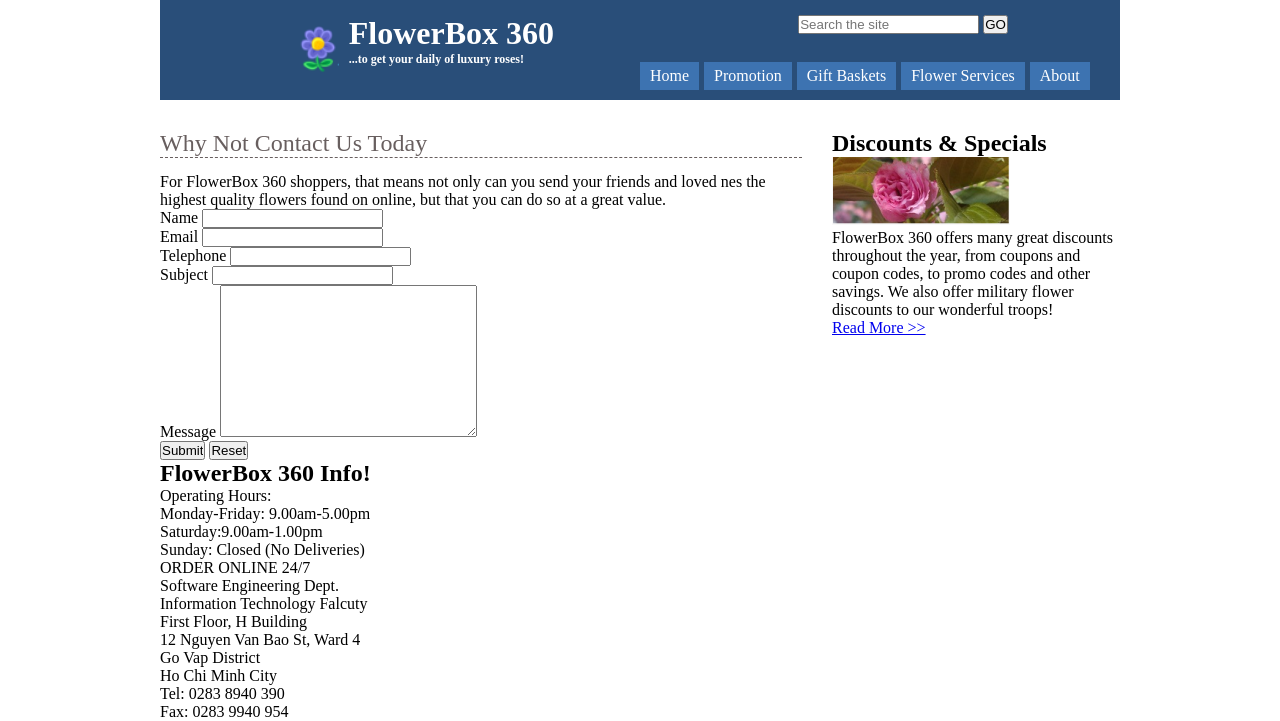
Repository: hoangnguyen1903/STT_21084321_NguyenHuyHoang_DHKHMT17B_Tuan4_DeThamKhao3
Page: html/demo.html
These files come from the project's save history. The page is drawn as it stood at one moment and after the next save; the edit follows.
The browser window is 1280 px wide. The pictures show the whole page.

Above is the page before, as saved 2023-03-09 14:48:52.

After the next save:
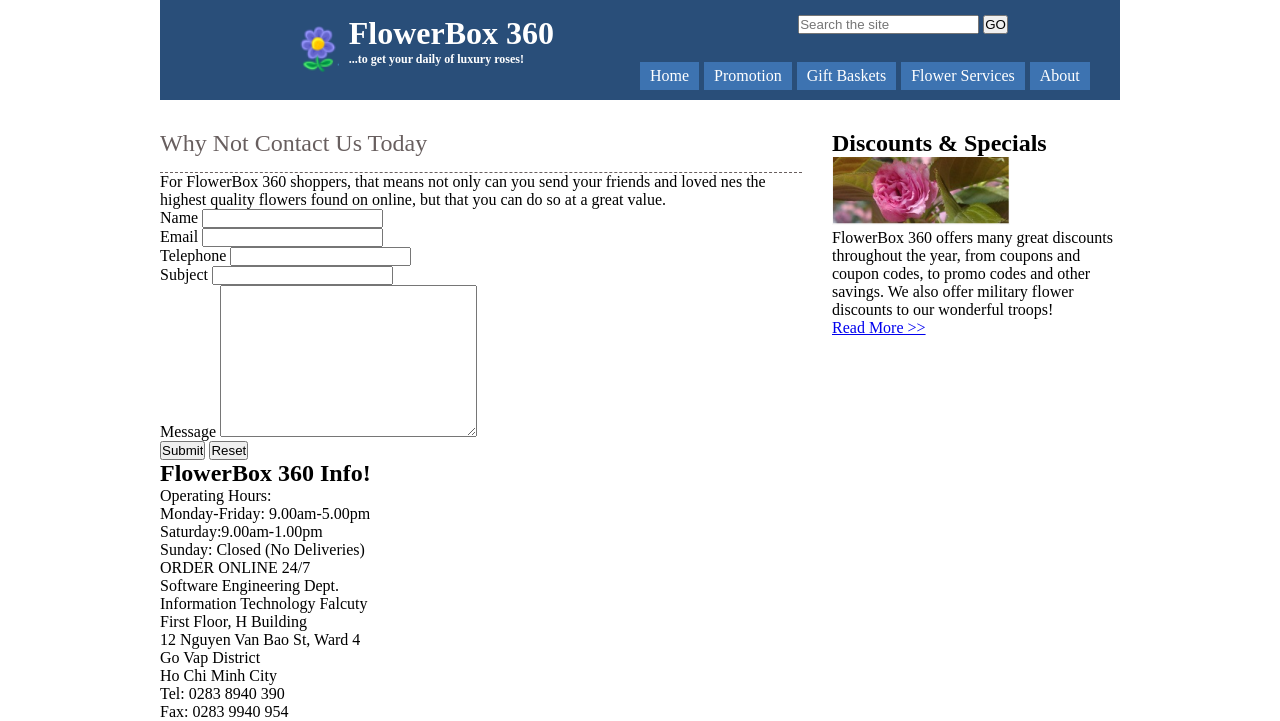
Saved 10 s later.
--- a/html/demo.html
+++ b/html/demo.html
@@ -84,7 +84,7 @@
       .content > .content__left > .content__left-top {
         color: #685f5f;
         font-weight: 500;
-        margin-bottom: 15px;
+        padding-bottom: 15px;
         border-bottom: 1px dashed #685f5f;
       }
 
